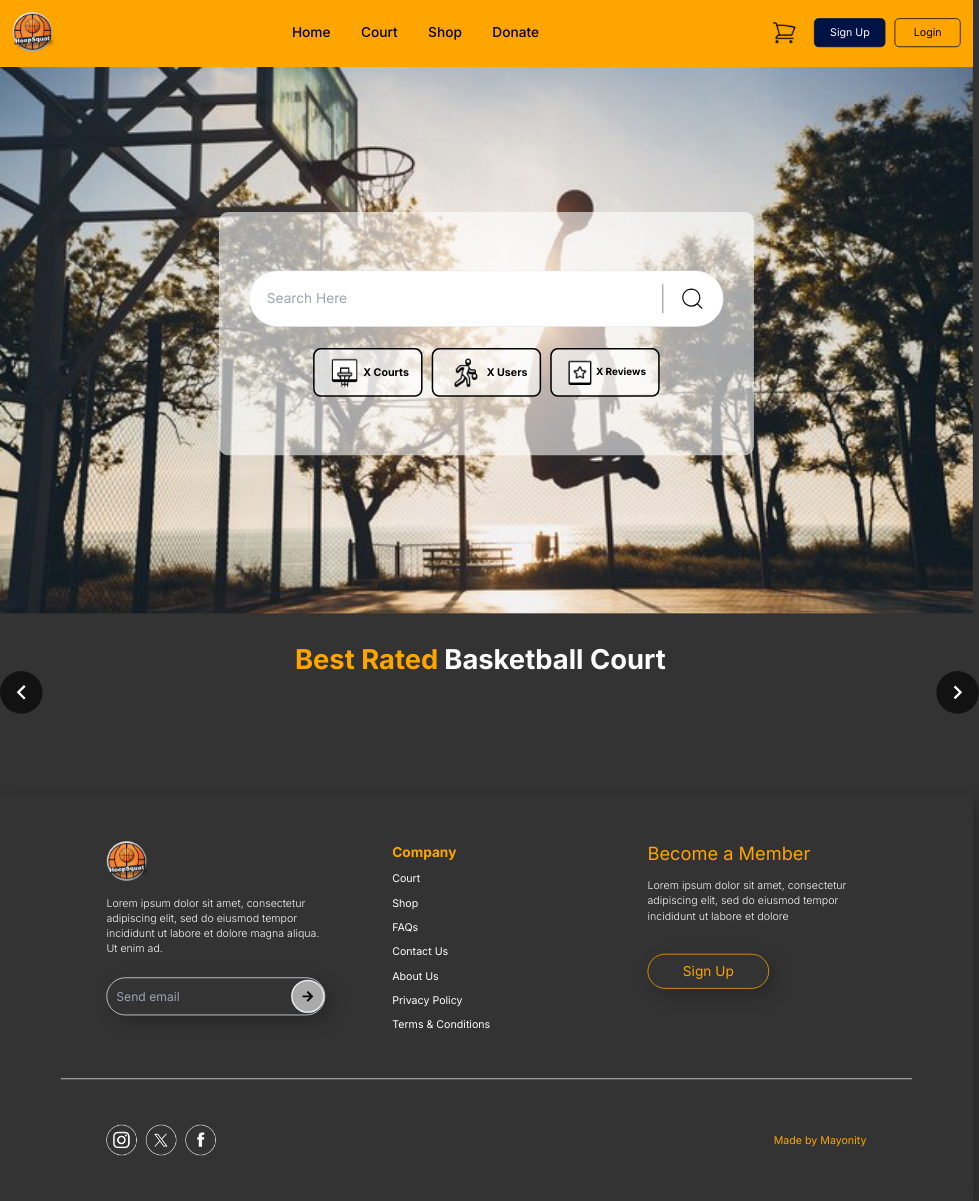
Repository: Abdul-Hannan232/basket-ball-website
Page: /
The author's editor kept a copy of each file at every save. The page is drawn from the files as they stood at one save, then again after the next save.
The browser window is 1280 px wide. The page is 1288 px wide, then 1280 px, so the pictures cover 1288 px, including what lies to the right of the window. The pictures show the whole page, at 76% of full size.
The page's requests for data from a server got no answer. The project was rebuilt for these pictures with package versions that can differ from the ones it lists, and the page was loaded fresh each time. The framework's server and built-in components were replaced by stand-ins that run in the browser. No one was signed in, and anything a server would have sent is missing. Also part of the build but not shown: next.config.mjs, app/utils/rating.js.

Above is the page before, as saved 2024-09-15 21:39:00.

After the next save:
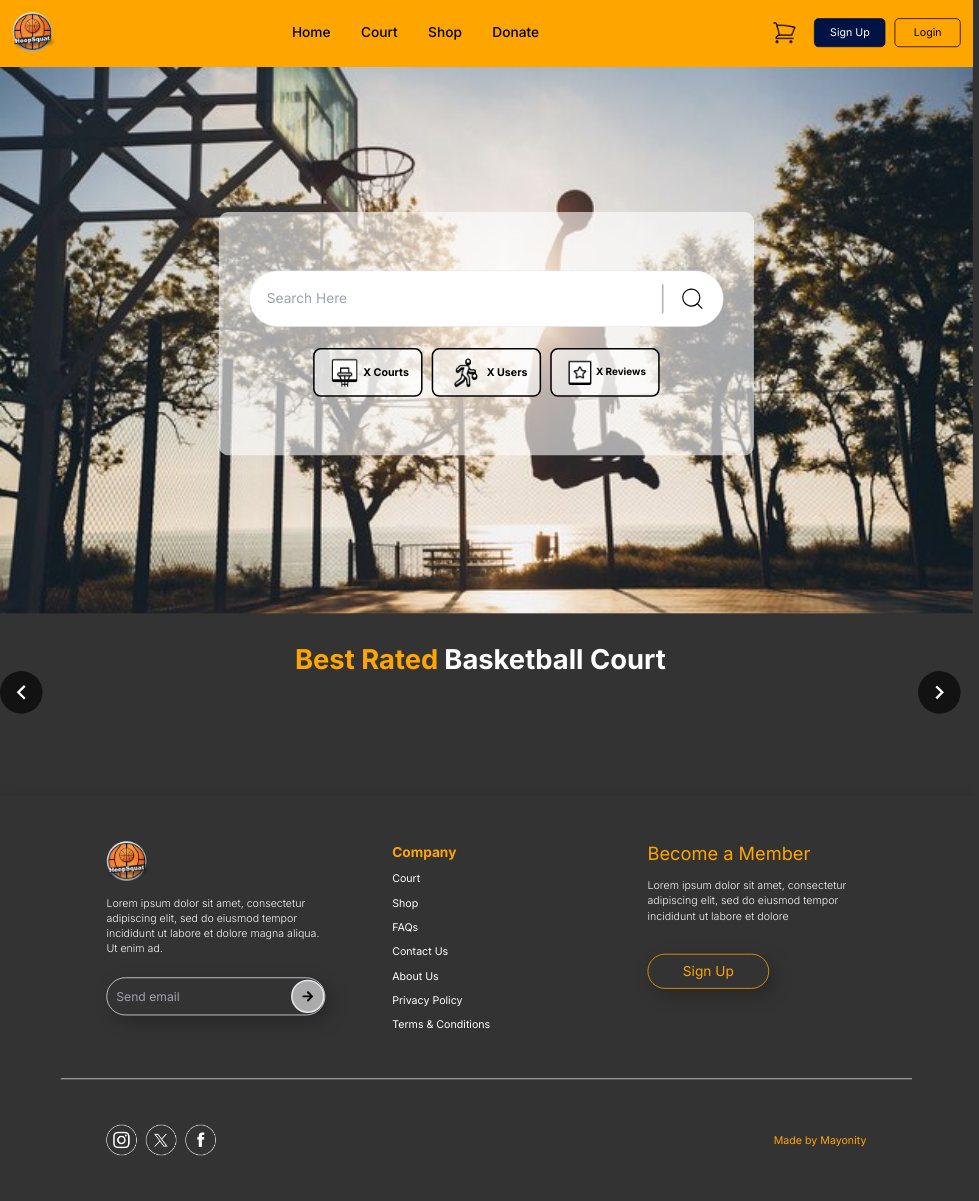
Saved 7 s later.
--- a/app/component/CourtsSlider.js
+++ b/app/component/CourtsSlider.js
@@ -138,7 +138,7 @@ const CourtsSlider = ({ slide }) => {
                         </div>
 
 
-                        <div className='slick- slick-arrow md:-mr-20'>
+                        <div className='slick- slick-arrow md:-mr-14'>
                             <div className="bg-[#000000A6] text-white text-7xl md:p-[10px] flex items-center justify-center cursor-pointer md:w-14 md:h-14 w-10 h-10 text-center font-bold  rounded-full" onClick={goToNext}>
                                 <MdOutlineKeyboardArrowRight />
                             </div>
